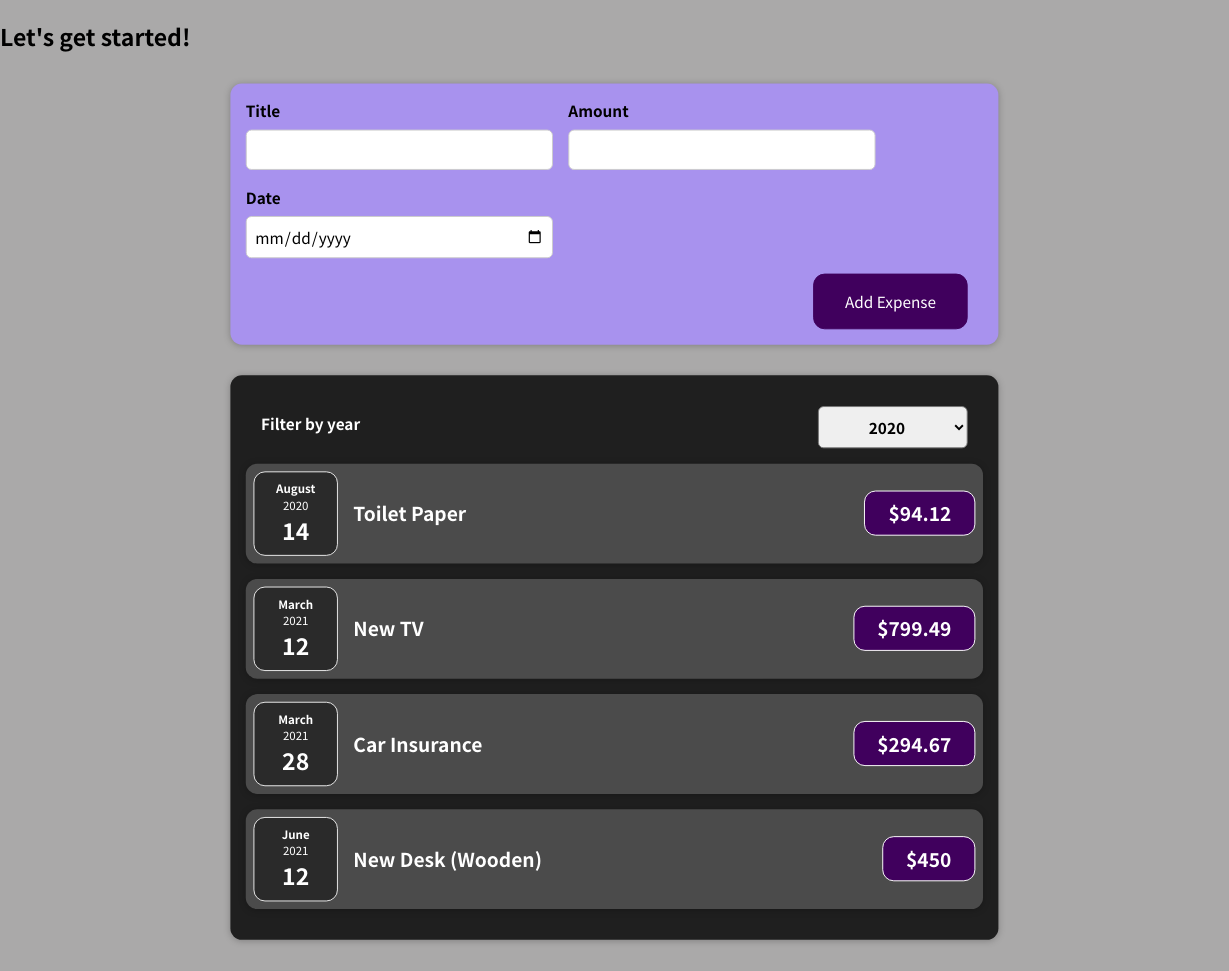
Repository: otvertka/MSC
Page: /
The author's editor kept a copy of each file at every save. The page is drawn from the files as they stood at one save, then again after the next save.
The browser window is 1280 px wide. The pictures show the whole page, at 96% of full size.
The project was rebuilt for these pictures with package versions that can differ from the ones it lists, and the page was loaded fresh each time.

Above is the page before, as saved 2023-06-30 10:10:22.

### src/index.css
@import url("https://fonts.googleapis.com/css2?family=Noto+Sans+JP:wght@400;700&display=swap");

* {
  box-sizing: border-box;
}

html {
  font-family: "Noto Sans JP", sans-serif;
}

body {
  margin: 0;
  background-color: #aaa9a9;
}

### src/App.js
// import ExpenseItem from "./components/ExpenseItem";
import React, { useState } from "react";
import Expenses from "./components/Expenses/Expenses";
import NewExpense from "./components/NewExpense/NewExpense";

const DUMMY_EXPENSES = [
  {
    id: "e1",
    title: "Toilet Paper",
    amount: 94.12,
    date: new Date(2020, 7, 14),
  },
  { id: "e2", title: "New TV", amount: 799.49, date: new Date(2021, 2, 12) },
  {
    id: "e3",
    title: "Car Insurance",
    amount: 294.67,
    date: new Date(2021, 2, 28),
  },
  {
    id: "e4",
    title: "New Desk (Wooden)",
    amount: 450,
    date: new Date(2021, 5, 12),
  },
];

const App = () => {
  const [expenses, setExpenses] = useState(DUMMY_EXPENSES);

  const addExpenseHandler = (expense) => {
    setExpenses((prevExpenses) => {
      return [expense, ...prevExpenses];
    });
    // setExpenses([expense, ...expenses]);
  };

  return (
    <div>
      <h2>Let's get started!</h2>
      <NewExpense onAddExpense={addExpenseHandler} />
      <Expenses items={expenses} />
    </div>
  );
};

export default App;

### src/components/Expenses/Expenses.js
import React, { useState } from "react";
import ExpenseItem from "./ExpenseItem";

import "./Expenses.css";
import Card from "../UI/Card";
import ExpensesFilter from "./ExpensesFilter";

const Expenses = (props) => {
  const [filteredYear, setFilteredYear] = useState("2020");

  let filterInfoText = "2019, 2021 & 2022";

  if (filteredYear === "2019") {
    filterInfoText = "2020, 2021 & 2022";
  } else if (filteredYear === "2021") {
    filterInfoText = "2019, 2020, 2022";
  } else {
    filterInfoText = "2019, 2020 & 2021";
  }
  const filterChangeHandler = (selectedYear) => {
    setFilteredYear(selectedYear);
  };

  return (
    <div>
      <Card className="expenses">
        <ExpensesFilter
          selected={filteredYear}
          onChangeFilter={filterChangeHandler}
        />

        {props.items.map((expense) => (
          <ExpenseItem
            key={expense.id}
            title={expense.title}
            amount={expense.amount}
            date={expense.date}
          />
        ))}
      </Card>
    </div>
  );
};

export default Expenses;

### src/components/NewExpense/NewExpense.js
import React from "react";
import ExpenseForm from "./ExpenseForm";
import "./NewExpense.css";

const NewExpense = (props) => {
  const saveExpenseDataHandler = (enteredExpenseData) => {
    const expenseData = {
      ...enteredExpenseData,
      id: Math.random().toString(),
    };
    props.onAddExpense(expenseData);
  };

  return (
    <div className="new-expense">
      <ExpenseForm onSaveExpenseData={saveExpenseDataHandler} />
    </div>
  );
};
export default NewExpense;

### src/components/Expenses/ExpenseItem.js
import React from "react";
import Card from "../UI/Card";
import ExpenseDate from "./ExpenseDate";
import "./ExpenseItem.css";

const ExpenseItem = (props) => {
  return (
    //
    <Card className="expense-item">
      <ExpenseDate date={props.date} />
      <div className="expense-item__description">
        <h2>{props.title}</h2>
        <div className="expense-item__price">${props.amount}</div>
      </div>
    </Card>
  );
};

export default ExpenseItem;

### src/components/Expenses/ExpensesFilter.js
import React from "react";

import "./ExpensesFilter.css";

// const ExpensesFilter = (props) => {
//     const chooseExpenseFilter = (choosingFilterData)=> {
//         const choosingData = {
//             choosingFilterData
//         }
//         props.onChooseFilter(choosingData)
//     }
const ExpensesFilter = (props) => {
  const dropdownChangeHandler = (event) => {
    props.onChangeFilter(event.target.value);
  };
  return (
    <div className="expenses-filter">
      <div className="expenses-filter__control">
        <label>Filter by year</label>
        <select value={props.selected} onChange={dropdownChangeHandler}>
          <option value="2022">2022</option>
          <option value="2021">2021</option>
          <option value="2020">2020</option>
          <option value="2019">2019</option>
        </select>
      </div>
    </div>
  );
};

export default ExpensesFilter;

### src/components/NewExpense/ExpenseForm.js
import React, { useState } from "react";
import "./ExpenseForm.css";

const ExpenseForm = (props) => {
  const [enteredTitle, setEnteredTitle] = useState("");
  const [enteredAmount, setEnteredAmount] = useState("");
  const [enteredDate, setEnteredDate] = useState("");

  // const [userInput, setUserInput] = useState({
  //   enteredTitle: "",
  //   enteredAmount: "",
  //   enteredDate: "",
  // });

  const titleChangeHandler = (event) => {
    setEnteredTitle(event.target.value);
    // console.log(event.target.value);
    // setUserInput({
    //   ...userInput,
    //   enteredTitle: event.target.value,
    // });
    // console.log(enteredTitle);

    // setUserInput((prevState) => {
    //   return { ...prevState, enteredTitle: event.target.value };
    // });
  };

  const amountChangeHandler = (event) => {
    setEnteredAmount(event.target.value);
    // console.log(event.target.value);
    // setUserInput({
    //   ...userInput,
    //   enteredAmount: event.target.value,
    // });
    // console.log(enteredAmount);
  };

  const dateChangeHandler = (event) => {
    setEnteredDate(event.target.value);
    // setUserInput({
    //   ...userInput,
    //   enteredDate: event.target.value,
    // });
    // console.log(enteredDate);
  };

  // альтернативный способ в 1 функции
  // const inputChangeHandler = (identifier, value) => {
  //   if (identifier === "title") {
  //     setEnteredTitle(value);
  //   } else if (identifier === "date") {
  //     setEnteredDate(value);
  //   } else {
  //     setEnteredAmount(value);
  //   }
  //   console.log(value);
  // };

  const submitHandler = (event) => {
    event.preventDefault();

    const expenseData = {
      title: enteredTitle,
      amount: enteredAmount,
      date: new Date(enteredDate),
    };
    props.onSaveExpenseData(expenseData);  //  <ExpenseForm onSaveExpenseData={saveExpenseDataHandler} />
    setEnteredTitle("");
    setEnteredAmount("");
    setEnteredDate("");
  };
  return (
    <div>
      <form onSubmit={submitHandler}>
        <div className="new-expense__controls">
          <div className="new-expense__control">
            <label>Title</label>
            <input
              type="text"
              value={enteredTitle}
              onChange={titleChangeHandler}
            />
          </div>
          <div className="new-expense__control">
            <label>Amount</label>
            <input
              type="number"
              min="0.01"
              step="0.01"
              value={enteredAmount}
              onChange={amountChangeHandler}
            />
          </div>
          <div className="new-expense__control">
            <label>Date</label>
            <input
              type="date"
              min="2019-01-01"
              max="2022-12-31"
              value={enteredDate}
              onChange={dateChangeHandler}
            />
          </div>
        </div>
        <div className="new-expense__actions">
          <button type="submit">Add Expense</button>
        </div>
      </form>
    </div>
  );
};

export default ExpenseForm;

////////////// TODO
// import React, {useState} from 'react';

// import './styles.css';

// // don't change the Component name "App"
// export default function App() {
//     const [count, setCount] = React.useState(0);

// const changeCount =(event)=> {
//     setCount(event.target.value++);
// }

//     return (
//       <div>
//         <p id="counter">{count}</p>
//         <button onClick={changeCount}>Increment</button>
//       </div>
//     );
// }

### src/components/NewExpense/NewExpense.css
.new-expense {
  background-color: #a892ee;
  padding: 1rem;
  margin: 2rem auto;
  width: 50rem;
  max-width: 95%;
  border-radius: 12px;
  text-align: center;
  box-shadow: 0 1px 8px rgba(0, 0, 0, 0.25);
}

.new-expense button {
  font: inherit;
  cursor: pointer;
  padding: 1rem 2rem;
  border: 1px solid #40005d;
  background-color: #40005d;
  color: white;
  border-radius: 12px;
  margin-right: 1rem;
}

.new-expense button:hover,
.new-expense button:active {
  background-color: #510674;
  border-color: #510674;
}

.new-expense button.alternative {
  color: #220131;
  border-color: transparent;
  background-color: transparent;
}

.new-expense button.alternative:hover,
.new-expense button.alternative:active {
  background-color: #ddb3f8;
}

### src/components/Expenses/ExpenseItem.css
.expense-item {
  display: flex;
  justify-content: space-between;
  align-items: center;
  padding: 0.5rem;
  margin: 1rem 0;
  background-color: #4b4b4b;
}

.expense-item__description {
  display: flex;
  flex-direction: column;
  gap: 1rem;
  align-items: flex-end;
  flex-flow: column-reverse;
  justify-content: flex-start;
  flex: 1;
}

.expense-item h2 {
  color: #3a3a3a;
  font-size: 1rem;
  flex: 1;
  margin: 0 1rem;
  color: white;
}

.expense-item__price {
  font-size: 1rem;
  font-weight: bold;
  color: white;
  background-color: #40005d;
  border: 1px solid white;
  padding: 0.5rem;
  border-radius: 12px;
}

@media (min-width: 580px) {
  .expense-item__description {
    flex-direction: row;
    align-items: center;
    justify-content: flex-start;
    flex: 1;
  }

  .expense-item__description h2 {
    font-size: 1.25rem;
  }

  .expense-item__price {
    font-size: 1.25rem;
    padding: 0.5rem 1.5rem;
  }
}

Loaded but not shown: public/index.html (common file); src/index.js (common file); src/components/Expenses/Expenses.css (common file); src/components/UI/Card.js (common file); src/components/Expenses/ExpenseDate.js (common file); src/components/UI/Card.css (common file); src/components/Expenses/ExpensesFilter.css (common file); src/components/NewExpense/ExpenseForm.css (common file); src/components/Expenses/ExpenseDate.css (common file)

After the next save:
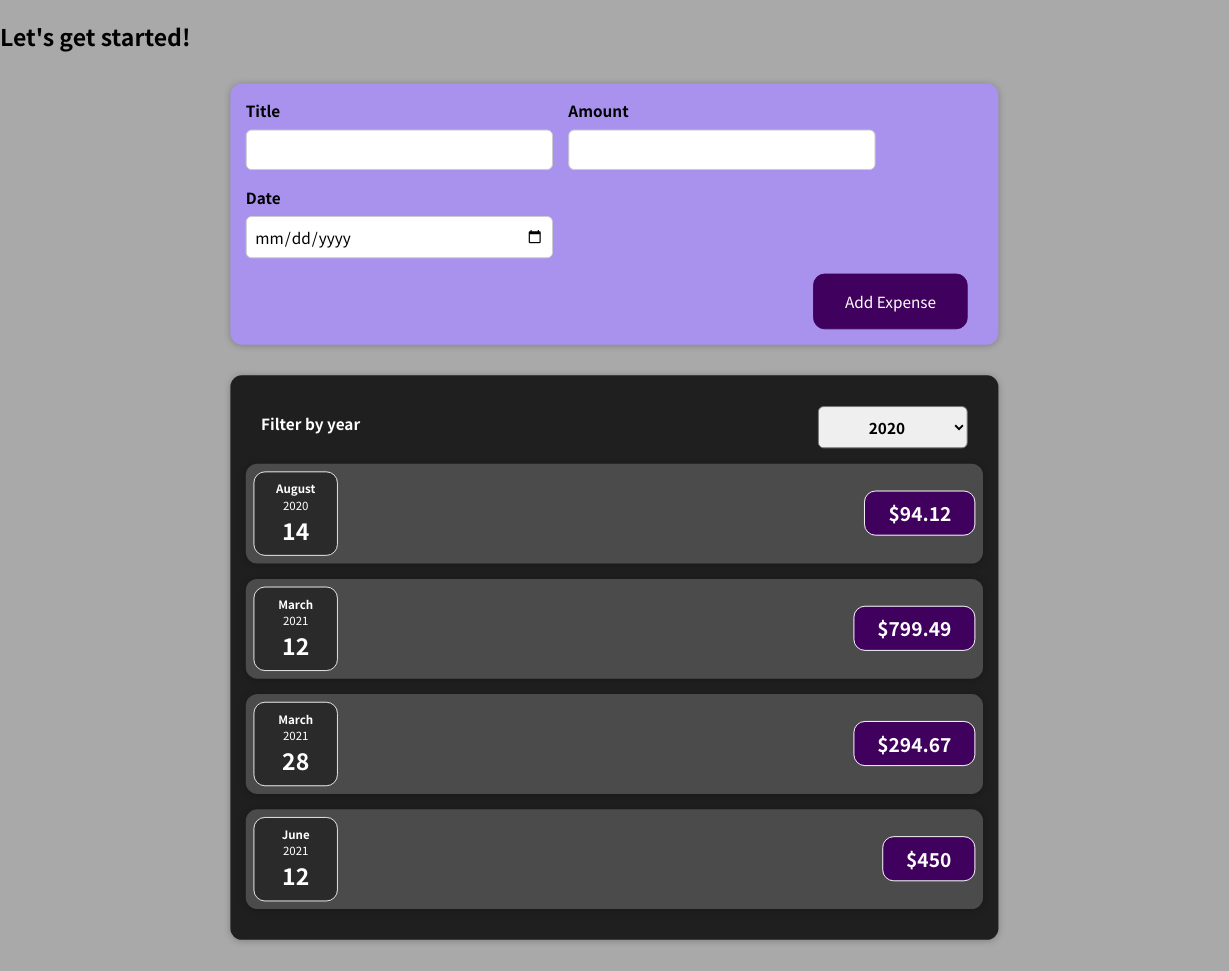
Saved 9 min 50 s later.
--- a/src/components/Expenses/Expenses.js
+++ b/src/components/Expenses/Expenses.js
@@ -32,7 +32,7 @@
         {props.items.map((expense) => (
           <ExpenseItem
             key={expense.id}
-            title={expense.title}
+            // title={expense.title}
             amount={expense.amount}
             date={expense.date}
           />

After the save that followed:
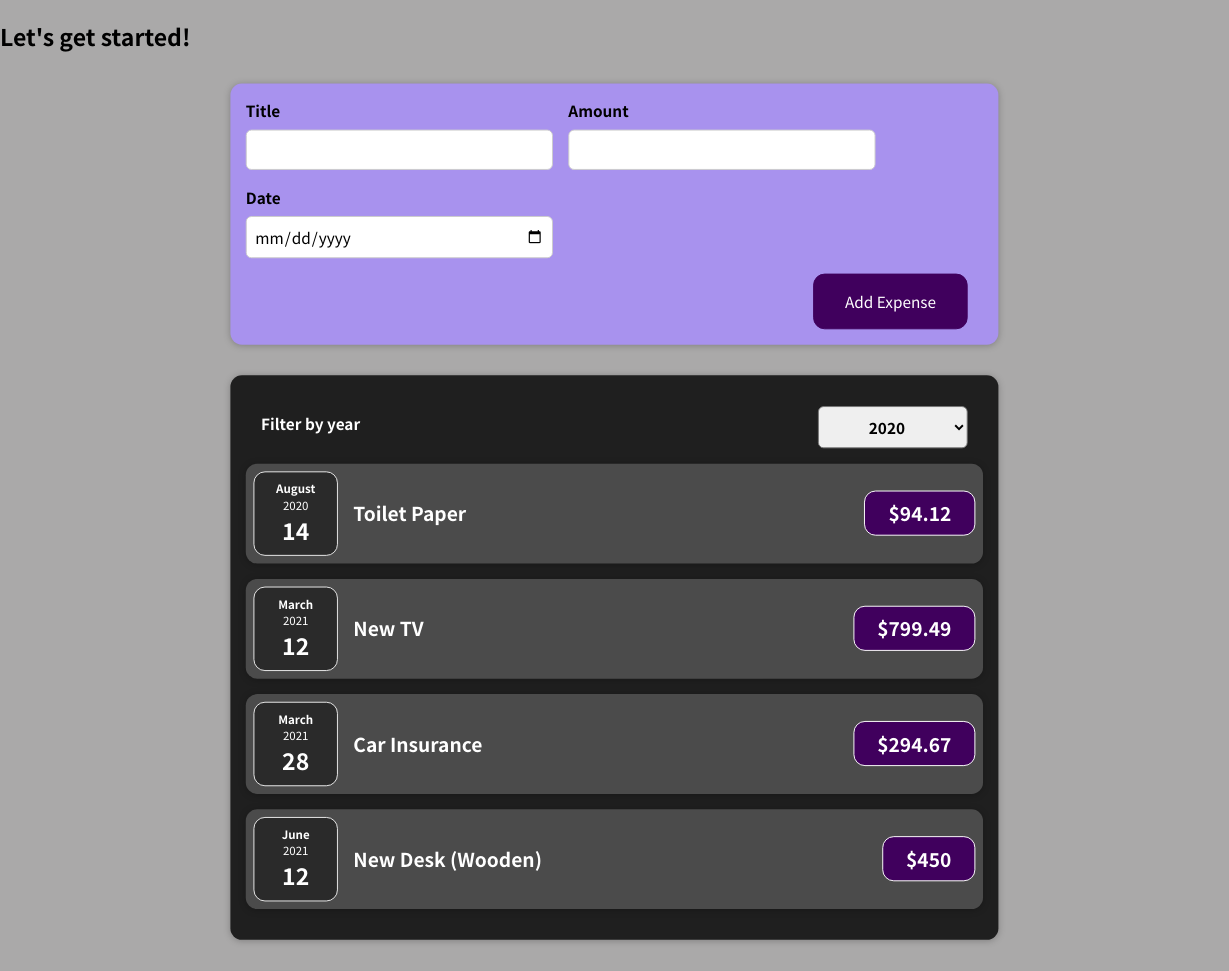
Saved 4 s later.
--- a/src/components/Expenses/Expenses.js
+++ b/src/components/Expenses/Expenses.js
@@ -32,7 +32,7 @@
         {props.items.map((expense) => (
           <ExpenseItem
             key={expense.id}
-            // title={expense.title}
+            title={expense.title}
             amount={expense.amount}
             date={expense.date}
           />
